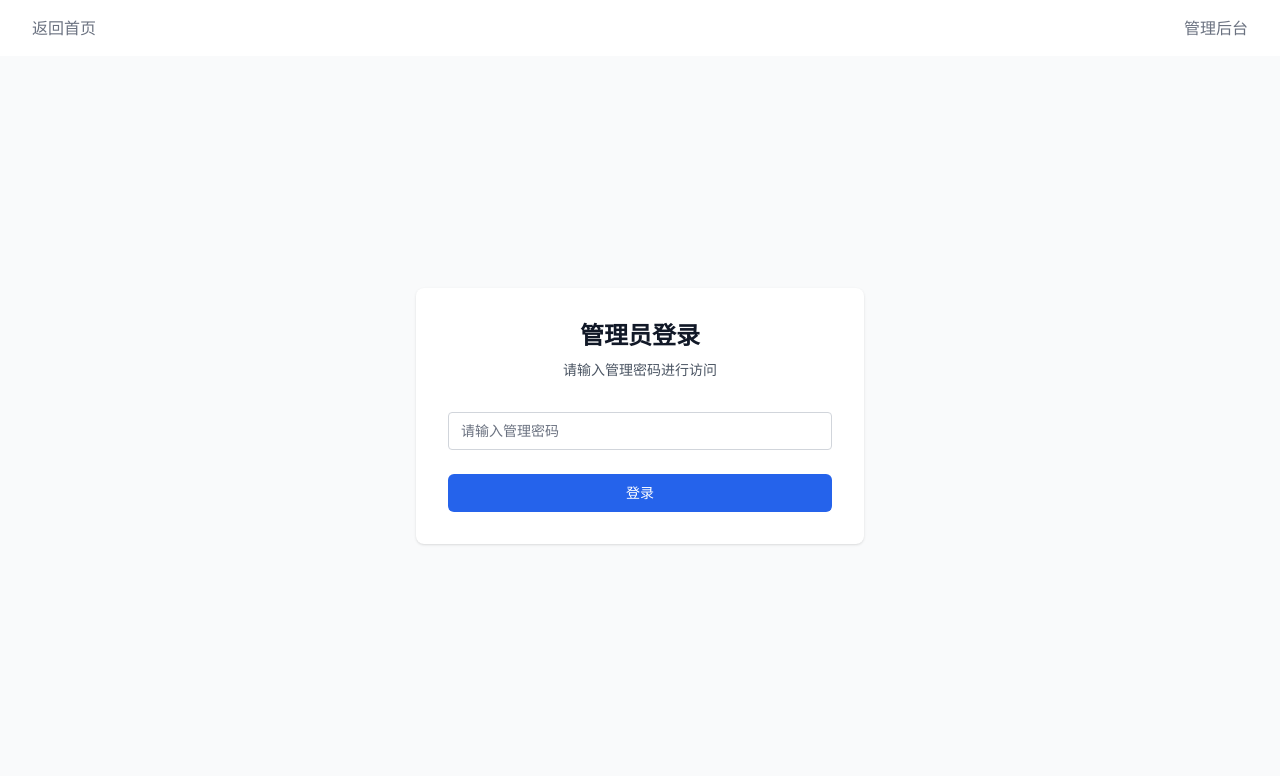
Repository: An-Jhon/my_nav
Page: /admin
An editor plug-in stored every save of this project. The page is shown before and after the next save, followed by the edit.
The browser window is 1280 px wide. The pictures show the whole page.
The project was rebuilt for these pictures with package versions that can differ from the ones it lists, and the page was loaded fresh each time. The framework's server and built-in components were replaced by stand-ins that run in the browser. Also part of the build but not shown: next.config.js.

Above is the page before, as saved 2025-01-13 15:55:17.

### src/app/layout.tsx
import React from 'react'
import type { Metadata } from 'next'
import { Inter } from 'next/font/google'
import './globals.css'

// 使用 Inter 字体
const inter = Inter({ subsets: ['latin'] })

// 设置网站的元数据
export const metadata: Metadata = {
  title: '导航站点',
  description: '一个轻量级的静态导航网站',
}

// 根布局组件
export default function RootLayout({
  children,
}: {
  children: React.ReactNode
}) {
  return (
    <html lang="zh">
      <body className={inter.className}>
        <main className="min-h-screen bg-gray-50">
          {children}
        </main>
      </body>
    </html>
  )
}

### src/app/admin/layout.tsx
import React from 'react'
import Link from 'next/link'

export default function AdminLayout({
  children,
}: {
  children: React.ReactNode
}) {
  return (
    <div className="min-h-screen bg-gray-50">
      {/* 顶部导航栏 */}
      <nav className="bg-white shadow-sm">
        <div className="max-w-7xl mx-auto px-4 sm:px-6 lg:px-8">
          <div className="flex justify-between h-14">
            <div className="flex">
              <Link
                href="/"
                className="flex items-center text-gray-500 hover:text-gray-700"
              >
                返回首页
              </Link>
            </div>
            <div className="flex items-center">
              <span className="text-gray-500">管理后台</span>
            </div>
          </div>
        </div>
      </nav>

      {/* 主要内容区域 */}
      <main className="flex-1">
        {children}
      </main>
    </div>
  )
}

### src/app/admin/(auth)/layout.tsx
export default function AuthLayout({
  children,
}: {
  children: React.ReactNode
}) {
  return children
}

### src/app/admin/(auth)/page.tsx
'use client'
import { useState } from 'react'
import { useRouter } from 'next/navigation'

export default function AdminPage() {
  const [password, setPassword] = useState('')
  const [error, setError] = useState('')
  const router = useRouter()

  // 验证密码
  const handleSubmit = (e: React.FormEvent) => {
    e.preventDefault()
    // 直接使用字符串比较，确保环境变量正确加载
    console.log('Current password:', password)
    console.log('Expected password:', process.env.NEXT_PUBLIC_ADMIN_PASSWORD)

    if (password === 'admin123') {
      // 设置登录状态
      localStorage.setItem('adminAuthenticated', 'true')
      // 跳转到管理面板
      router.push('/admin/dashboard')
    } else {
      setError('密码错误')
    }
  }

  return (
    <div className="min-h-screen flex items-center justify-center bg-gray-50">
      <div className="max-w-md w-full space-y-8 p-8 bg-white rounded-lg shadow">
        <div>
          <h2 className="text-center text-2xl font-bold text-gray-900">管理员登录</h2>
          <p className="mt-2 text-center text-sm text-gray-600">
            请输入管理密码进行访问
          </p>
        </div>
        <form className="mt-8 space-y-6" onSubmit={handleSubmit}>
          <div>
            <label htmlFor="password" className="sr-only">
              密码
            </label>
            <input
              id="password"
              name="password"
              type="password"
              required
              className="appearance-none rounded relative block w-full px-3 py-2 border border-gray-300 placeholder-gray-500 text-gray-900 focus:outline-none focus:ring-blue-500 focus:border-blue-500 focus:z-10 sm:text-sm"
              placeholder="请输入管理密码"
              value={password}
              onChange={(e) => setPassword(e.target.value)}
            />
          </div>

          {error && (
            <div className="text-red-500 text-sm text-center">{error}</div>
          )}

          <div>
            <button
              type="submit"
              className="group relative w-full flex justify-center py-2 px-4 border border-transparent text-sm font-medium rounded-md text-white bg-blue-600 hover:bg-blue-700 focus:outline-none focus:ring-2 focus:ring-offset-2 focus:ring-blue-500"
            >
              登录
            </button>
          </div>
        </form>
      </div>
    </div>
  )
}

### src/app/globals.css
@tailwind base;
@tailwind components;
@tailwind utilities;

body {
  -webkit-font-smoothing: antialiased;
  -moz-osx-font-smoothing: grayscale;
}

### tailwind.config.js
/** @type {import('tailwindcss').Config} */
module.exports = {
  content: [
    "./src/pages/**/*.{js,ts,jsx,tsx,mdx}",
    "./src/components/**/*.{js,ts,jsx,tsx,mdx}",
    "./src/app/**/*.{js,ts,jsx,tsx,mdx}",
  ],
  theme: {
    extend: {},
  },
  plugins: [],
}

After the next save:
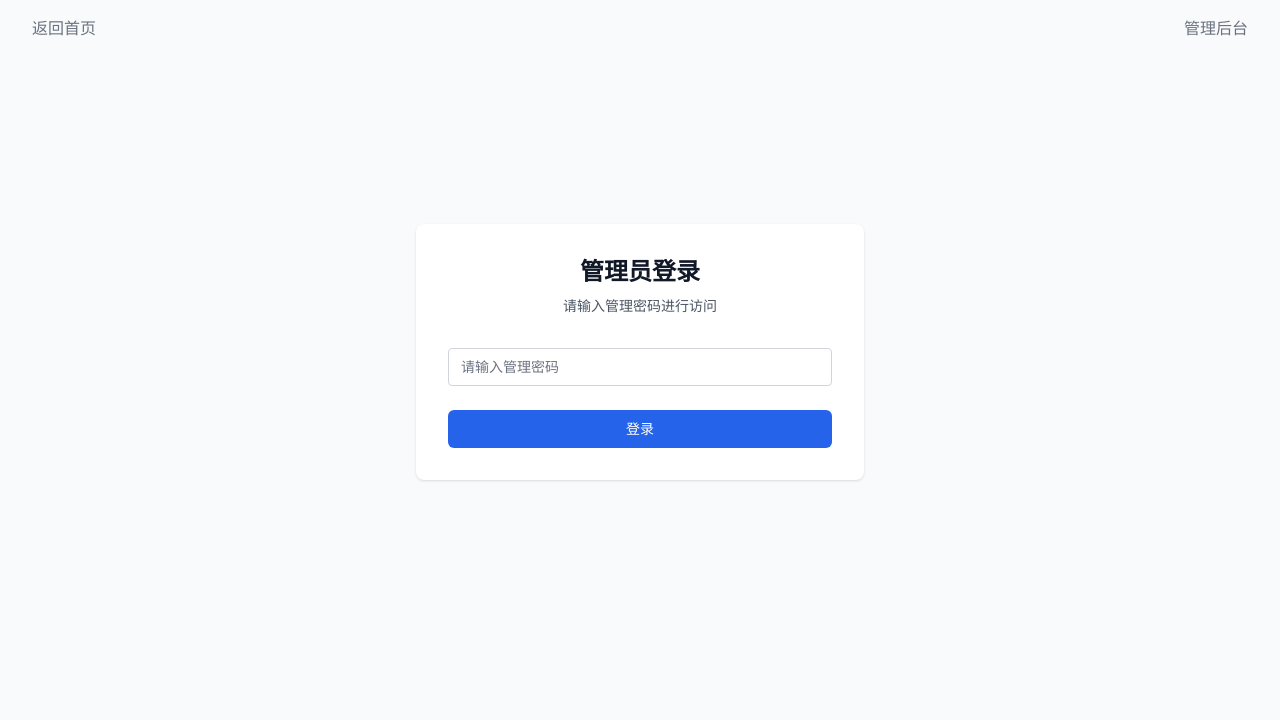
Saved 4 min 26 s later.
--- a/src/app/admin/(auth)/page.tsx
+++ b/src/app/admin/(auth)/page.tsx
@@ -25,7 +25,7 @@ export default function AdminPage() {
   }
 
   return (
-    <div className="min-h-screen flex items-center justify-center bg-gray-50">
+    <div className="min-h-screen flex items-center justify-center bg-gray-50 -mt-16">
       <div className="max-w-md w-full space-y-8 p-8 bg-white rounded-lg shadow">
         <div>
           <h2 className="text-center text-2xl font-bold text-gray-900">管理员登录</h2>
